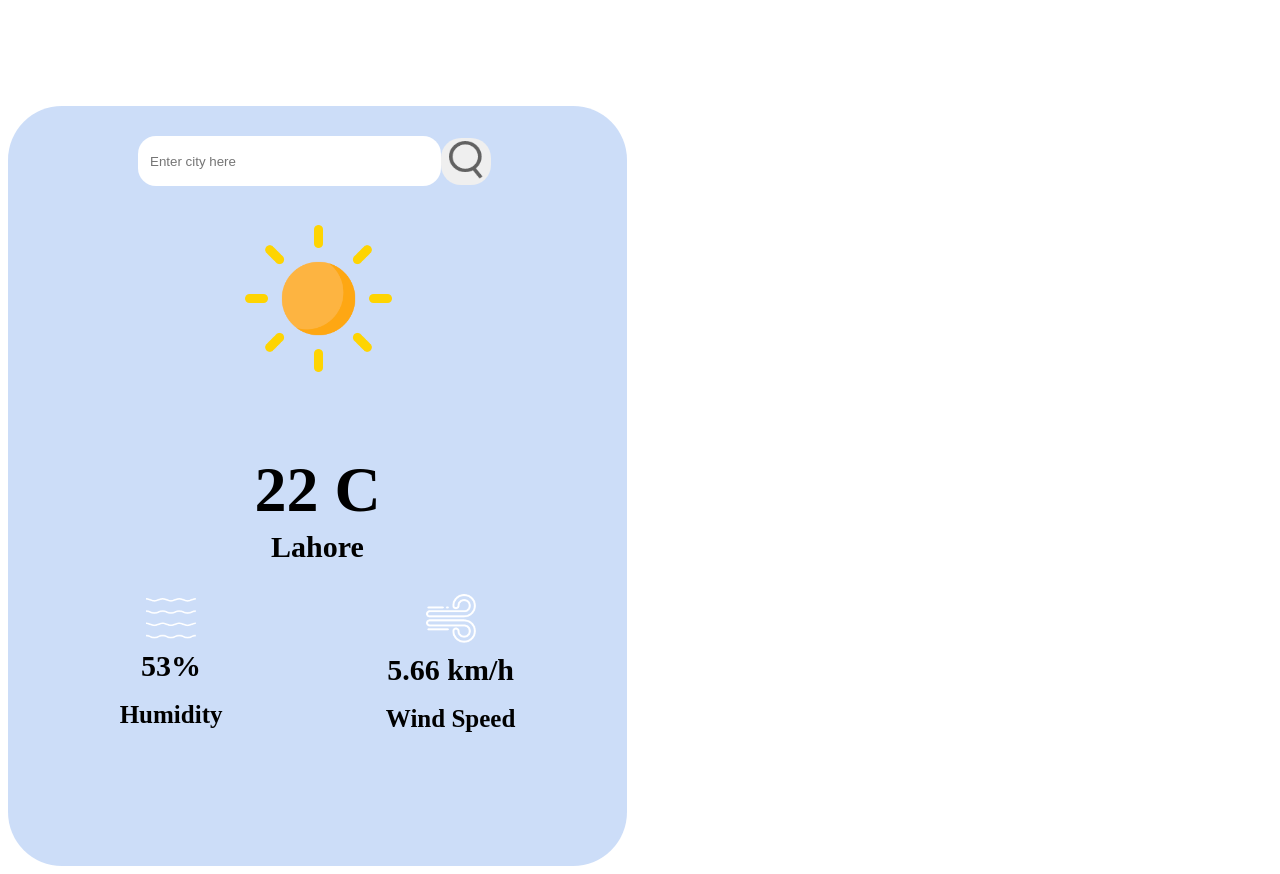
Repository: WajihaGul/Javascripts-Projects
Page: WEATHER APP/index.html
The author's editor kept a copy of each file at every save. The page is drawn from the files as they stood at one save, then again after the next save.
The browser window is 1280 px wide. The pictures show the whole page.

Above is the page before, as saved 2024-06-07 16:40:12.
Not found: WEATHER APP/script.js

After the next save:
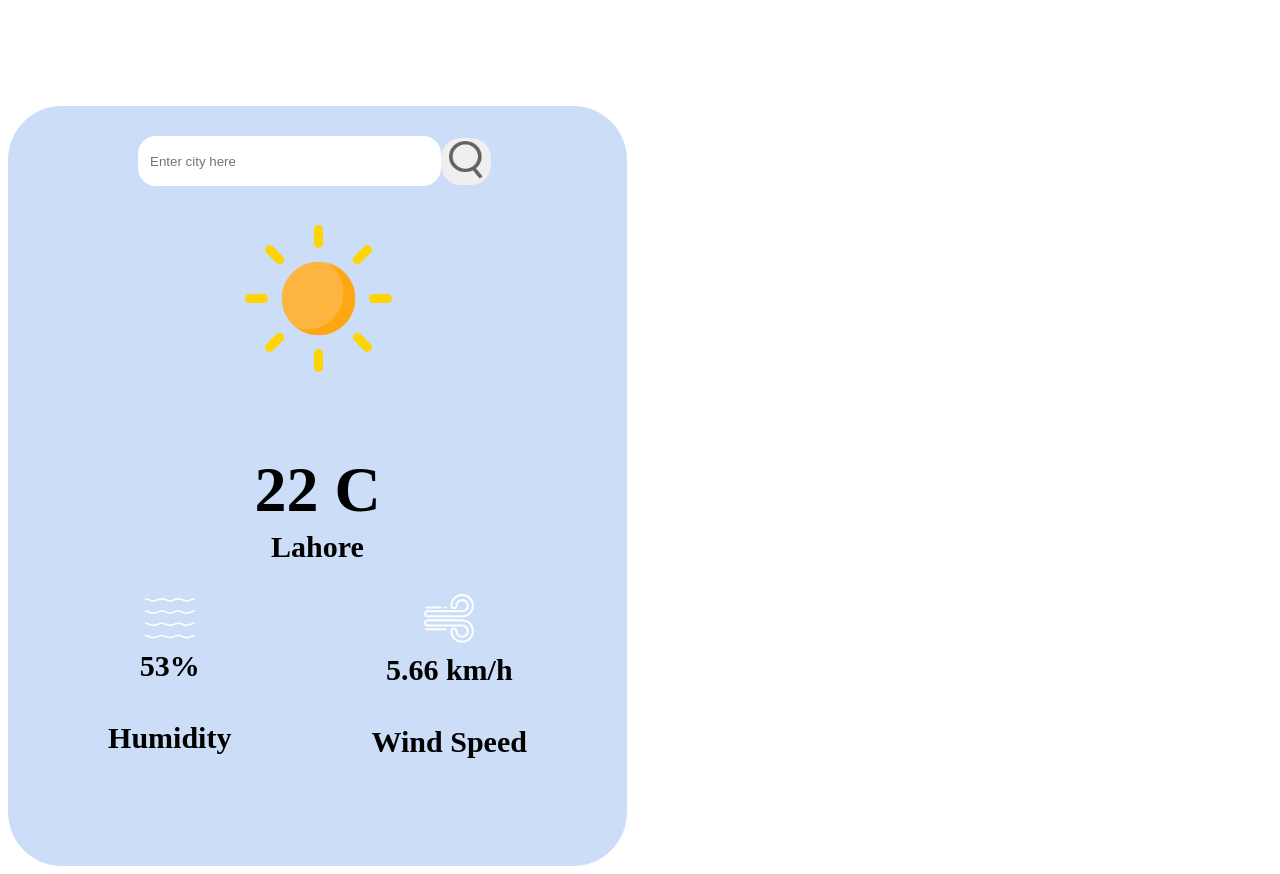
Saved 60 s later.
--- a/WEATHER APP/style.css
+++ b/WEATHER APP/style.css
@@ -80,6 +80,7 @@
 
 .humidity h2,
 .windSpeed h2 {
-    font-size: 25px;
+    font-size: 30px;
     margin: 0 auto;
+    padding-top: 20px;
 }
